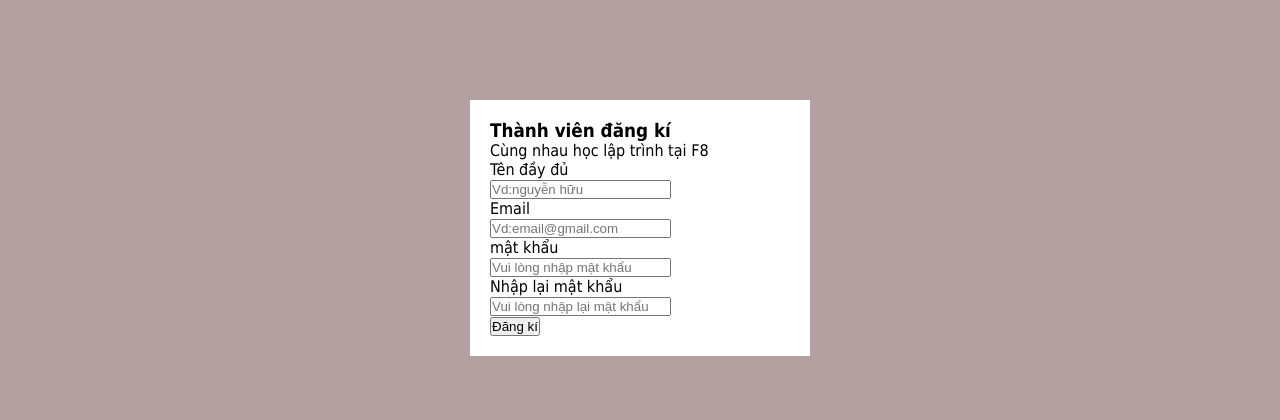
Repository: HuunvDev/Validator
Page: index.html
These files come from the project's save history. The page is drawn as it stood at one moment and after a run of saves; the edit follows.
The browser window is 1280 px wide. The pictures show the whole page.

Above is the page before, as saved 2022-08-20 09:17:43.

After the next 2 saves:
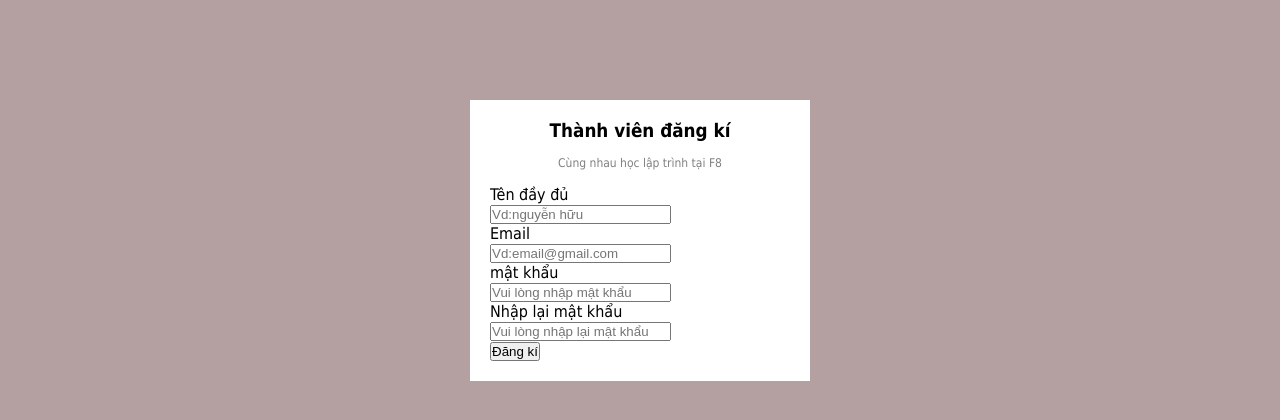
The 2 saves are shown as one change because they came seconds apart.
The last was saved 2 min 22 s later.
--- a/style.css
+++ b/style.css
@@ -16,3 +16,12 @@ body{
     background-color: #fff;
     font-family: tahoma;
 }
+h3.heading {
+    text-align: center;
+}
+p.desc {
+    text-align: center;
+    font-size: 12px;
+    color: grey;
+    padding: 15px 0;
+}
